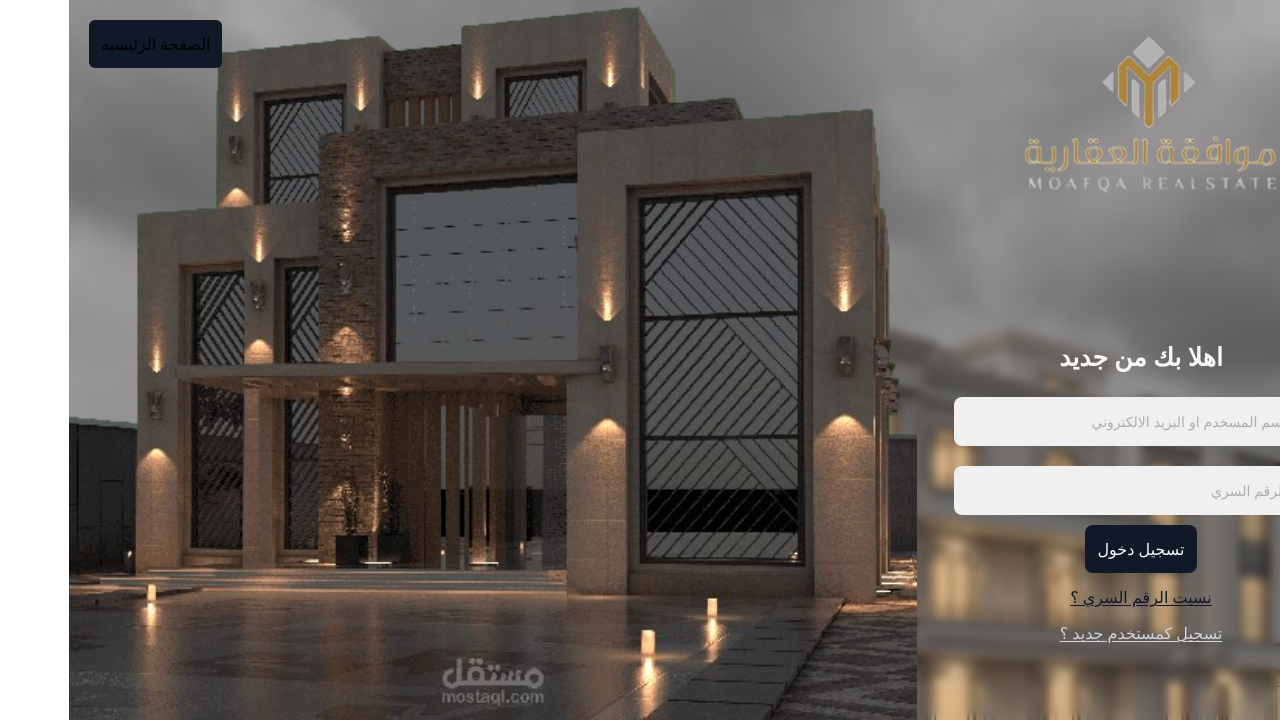
Repository: EslamKhial1997/immovables
Page: /auth
An editor plug-in stored every save of this project. The page is shown before and after a run of saves, followed by the edit.
The browser window is 1280 px wide. The pictures show the whole page.
Some web libraries are served in a nearby version. The project was rebuilt for these pictures with package versions that can differ from the ones it lists, and the page was loaded fresh each time. Also part of the build but not shown: vite.config.js, src/Components/layout/Navbar.jsx, src/Components/contents/OurProjects.jsx, src/Components/contents/OurAchievements.jsx, src/Components/layout/Footer.jsx, src/Components/contents/home/Slider.jsx, src/Components/contents/home/Blogs.jsx, src/App.jsx and 6 more.

Above is the page before, as saved 2024-07-27 00:31:24.

### index.html
<!doctype html>
<html lang="ar" dir="rtl">
  <head>
    <meta charset="UTF-8" />
    <link rel="icon" type="image/svg+xml" href="./src/assets/logo.png" />
    <meta name="viewport" content="width=device-width, initial-scale=1.0" />
    <link rel="stylesheet" href="https://cdnjs.cloudflare.com/ajax/libs/font-awesome/5.14.0/css/all.css" integrity="sha512-B46MVOJpI6RBsdcU307elYeStF2JKT87SsHZfRSkjVi4/iZ3912zXi45X5/CBr/GbCyLx6M1GQtTKYRd52Jxgw==" crossorigin="anonymous" referrerpolicy="no-referrer" />
    <!-- <script src="https://cdn.tailwindcss.com"></script> -->

    <title>الموافقة العقارية</title>
  </head>
  <body>
    <div id="root"></div>
    <script type="module" src="/src/main.jsx"></script>
  </body>
</html>

### src/main.jsx
import React from "react";
import ReactDOM from "react-dom/client";
import App from "./App.jsx";
import "./index.css";
import { Provider } from "react-redux";

import { createBrowserRouter, RouterProvider } from "react-router-dom";
import { ConfigStore } from "./Components/store/config.jsx";
import Blogs from "./Components/contents/home/Blogs.jsx";
import OurProjects from "./Components/contents/OurProjects.jsx";
import About from "./Components/contents/About/About.jsx";
import ConnectUs from "./Components/contents/ConnectUs/ConnectUs.jsx";
import Auth from "./Components/auth/Auth.jsx";
import Login from "./Components/auth/login/Login.jsx";
import Signup from "./Components/auth/Singup/Signup.jsx";
import Blog from "./Components/contents/Blogs/Blog.jsx";
import 'flowbite';
import Dashboard from "./Components/dashboard/Dashboard.jsx";
const Route = createBrowserRouter([
  {
    path: "/",
    element: <App />,
    children: [
      {
        index: true,
        element: <Blogs />,
      },
      {
        path: "/projects",
        element: <OurProjects />,
      },
      {
        path: "/blogs",
        element: <Blog />,
      },
      {
        path: "/about",
        element: <About />,
      },
      {
        path: "/connectUs",
        element: <ConnectUs />,
      },

      // {
      //   path: "/auth/login",
      //   element: <Login />,
      // },
    ],
  },
  {
    path: "/auth",
    element: <Auth />,
    children: [
      {
        index: true,
        element: <Login />,
      },
      // {
      //   path: "/auth/signup",
      //   element: <Signup />,
      // },
    ],
  },
  {
    path: "/dashboard",
    element: <Dashboard />,
    // children: [
    //   {
    //     index: true,
    //     element: <Login />,
    //   },
    //   // {
    //   //   path: "/auth/signup",
    //   //   element: <Signup />,
    //   // },
    // ],
  },
]);

const root = ReactDOM.createRoot(document.getElementById("root"));
root.render(
  <Provider store={ConfigStore}>
    {/* <Provider store={ConfigStore}> */} <RouterProvider router={Route} />
  </Provider>
);

### src/index.css
@tailwind base;
@tailwind components;
@tailwind utilities;
* {
  font-family: GE-Dinar-Medium, ui-sans-serif, system-ui, -apple-system,
    BlinkMacSystemFont, Segoe UI, Roboto, Helvetica Neue, Arial, Noto Sans,
    sans-serif, "Apple Color Emoji", "Segoe UI Emoji", Segoe UI Symbol,
    "Noto Color Emoji" !important;
}
.whatsapp-ico{
    fill: white;
    width: 50px;
    height: 50px;
    padding: 3px;
    background-color: #45d13d;
    border-radius: 50%;
    box-shadow: 2px 2px 6px rgba(0,0,0,0.4);
    /* box-shadow: 2px 2px 11px rgba(0,0,0,0.7); */
    /* position: fixed;
    bottom: 20px;
    right : 20px;
    z-index: 10; */
}

.whatsapp-ico:hover{
    box-shadow: 2px 2px 11px rgba(0,0,0,0.7);
}

.float-button {
    text-decoration: none;
    position: fixed;
    padding: 10px;
    padding-right: 15px;
    bottom: 30px;
    right: 30px;
    color: #fff;
    background-color:#25D366;
    border-radius: 25px 30px 5px 25px;
    z-index: 100;
    font-family: Arial;
    font-size: 17px;
    animation: whatsapp-animation 0.5s ease-in-out;
    box-shadow: 1px 2px 5px 2px rgba(30,30,30,0.3);
    transition:all 0.3s ease-out;
}

.float-button:hover {
     background-color: #128C7E;
      color: #fff;
}

.fa-whatsapp {
    font-size: 20px !important;
    padding-right: 5px;
    padding-left: 5px;
}

@keyframes whatsapp-animation {
    from {
        opacity: 0%;
    }

    to {
        opacity: 100%
    }
}

@media screen and (max-width: 545px) {
    span {
        display: none;
    }

    .float-button {
        bottom: 15px;
        right: 15px;
        width: 20px;
        border-radius: 20px 20px 5px 20px;
    }

    .fa-whatsapp {
        font-size: 22px !important;
        padding: 4px;
    }
}

### src/Components/store/config.jsx
import { configureStore } from "@reduxjs/toolkit";
import { StoreSlice } from "./store";
import { StoreSliceAuth } from "./authController";
import { StoreSliceUserLogged } from "./loggedUserController";
import { StoreSliceUser } from "./userController";

export const ConfigStore = configureStore({
  reducer: {
    // StoreSlice,
    // StoreSliceAuth,
    // StoreSliceUser,
    // StoreSliceUserLogged
  },
  middleware: (getDefaultMiddleware) =>
    getDefaultMiddleware({
      serializableCheck: false,
    }),
});

### src/Components/auth/Auth.jsx
import React from "react";
import { Outlet } from "react-router-dom";
import background from "../../assets/available/image3.jpg";
const Auth = () => {
  return (
    <div
      style={{
        backgroundImage: `url(${background})`,
        height: "100vh",
        backgroundRepeat: "no-repeat",
      }}
    >
       <button className="fixed z-40 top-5 left-5 bg-gray-900 rounded-md p-3">الصفحة الرئيسيه</button>
      <Outlet />
    </div>
  );
};

export default Auth;

### src/Components/auth/login/Login.jsx


import Profile from "../../../assets/auth/logo.png";
import auth from "../../../assets/auth/auth.png";
import Styles from "../Styles.module.css";


import LoginEmail from "./LoginEmail";

const Login = () => {
  return (
    <main className={`${Styles.main} grid md:grid-cols-3 grid-cols-1 gap-4`}>

      <div className="grid grid-cols-1 ">
        {" "}
        <section className={Styles.sectionimg}>
          <img src={Profile} alt="img" />
        </section>
        <section className={Styles.sectionlogin}>
          <div className={Styles.parent}>
            <span className={Styles.started}>اهلا بك من جديد</span>

            <LoginEmail />
          </div>
        </section>
      </div>
      <div className=" col-span-2 hidden md:grid">
        <img src={auth} alt="" className="h-screen w-screen" />
      </div>
    </main>
  );
};

export default Login;

### src/Components/contents/home/carousel.css
.carousel {
  position: relative;
  text-align: center;
  box-sizing: border-box;
}

.carousel * {
  box-sizing: border-box;
}

.carousel__track {
  display: flex;
  margin: 0;
  padding: 0;
  position: relative;
}

.carousel__viewport {
  overflow: hidden;
}

.carousel__sr-only {
  position: absolute;
  width: 1px;
  height: 1px;
  padding: 0;
  margin: -1px;
  overflow: hidden;
  clip: rect(0, 0, 0, 0);
  border: 0;
}

.carousel__icon {
  width: var(--vc-icn-width);
  height: var(--vc-icn-width);
  fill: currentColor;
}

.carousel__slide {
  scroll-snap-stop: auto;
  flex-shrink: 0;
  margin: 0;
  position: relative;
  display: flex;
  justify-content: center;
  align-items: center;
  transform: translateZ(0);
}

:root {
  --vc-clr-primary: #000;
  --vc-clr-secondary: #090f207f;
  --vc-clr-white: #ffffff;
  --vc-icn-width: 1.2em;
  --vc-nav-width: 30px;
  --vc-nav-height: 30px;
  --vc-nav-border-radius: 0;
  --vc-nav-color: var(--vc-clr-primary);
  --vc-nav-color-hover: var(--vc-clr-secondary);
  --vc-nav-background: transparent;
  --vc-pgn-width: 12px;
  --vc-pgn-height: 4px;
  --vc-pgn-margin: 4px;
  --vc-pgn-border-radius: 0;
  --vc-pgn-background-color: var(--vc-clr-secondary);
  --vc-pgn-active-color: var(--vc-clr-primary);
}

.carousel__prev,
.carousel__next {
  box-sizing: content-box;
  background: var(--vc-nav-background);
  border-radius: var(--vc-nav-border-radius);
  width: var(--vc-nav-width);
  height: var(--vc-nav-height);
  text-align: center;
  font-size: var(--vc-nav-height);
  padding: 0;
  color: var(--vc-nav-color);
  display: flex;
  justify-content: center;
  align-items: center;
  position: absolute;
  border: 0;
  cursor: pointer;
  margin: 0 10px;
  top: 50%;
  transform: translateY(-50%);
}

.carousel__prev:hover,
.carousel__next:hover {
  color: var(--vc-nav-color-hover);
}

.carousel__next--disabled,
.carousel__prev--disabled {
  cursor: not-allowed;
  opacity: 0.5;
}

.carousel__prev {
  left: 0;
}

.carousel__next {
  right: 0;
}

.carousel--rtl .carousel__prev {
  left: auto;
  right: 0;
}

.carousel--rtl .carousel__next {
  right: auto;
  left: 0;
}

.carousel__pagination {
  display: flex;
  justify-content: center;
  list-style: none;
  line-height: 0;
  margin: 10px 0 0;
}

.carousel__pagination-button {
  display: block;
  border: 0;
  margin: 0;
  cursor: pointer;
  padding: var(--vc-pgn-margin);
  background: transparent;
}

.carousel__pagination-button:after {
  display: block;
  content: "";
  width: var(--vc-pgn-width);
  height: var(--vc-pgn-height);
  border-radius: var(--vc-pgn-border-radius);
  background-color: var(--vc-pgn-background-color);
}

.carousel__pagination-button:hover:after,
.carousel__pagination-button--active:after {
  background-color: var(--vc-pgn-active-color);
}

### src/Components/auth/Styles.module.css
:root {
  --white: #ffffff;
  --login-color: #f8f8f8;
}
.main {


  height: 100%;

  background-color: transparent;
  backdrop-filter: blur(5px);
}
.started,
.forget-password,
.login,
.form::placeholder,
.login-btn button,
.Continue span {
  font-family: "Inter";
  font-style: normal;
}
.sectionlogin {
  width: 100%;
}
.parent {
  border-radius: 15px 15px 0px 0px;
}

.sectionimg img {
  width: 75%;
  height: 75%;
  margin: auto;
}
.btnparent {
  width: 326px;
  height: 40px;
  background: var(--login-color);
  border-radius: 25px;
  display: flex;
  align-items: center;
  justify-content: center;
  margin: 30px auto !important;
}
.login {
  width: 50%;
  height: 40px;
  text-align: center;
  display: flex;
  justify-content: center;
  align-items: center;
  border-radius: 23.5px;
  border: none;
  font-size: 14px;
  font-weight: 600;
  color: black;
}
.parentReg {
  width: 90%;
  height: 40px;
  background: var(--login-color);
  border-radius: 8px;
  display: flex;
  align-items: center;
  justify-content: space-around;
  margin: auto !important;
}
.parentReg a {
  background-color: #63ccfb;
  padding: 10px;
  text-decoration: none;
  border-radius: 10px;
  -webkit-border-radius: 10px;
  -moz-border-radius: 10px;
  -ms-border-radius: 10px;
  -o-border-radius: 10px;
  color: white;
}
.active {
  background: linear-gradient(95.26deg, #63ccfb -1.79%, #00a2f4 78.59%);
  color: white;
}
.started {
  width: 100%;
  height: 40px;
 color: #f8f8f8;
  font-size: 25px;
  line-height: 21px;
  margin: 10px auto !important;
  display: flex;
  align-items: center;
  text-align: center;
  justify-content: center;
  font-weight: bolder;
}
.form {
  width: 90%;
  height: 49px;
  margin: 10px auto !important;
  background: #f0f0f0;
  border-radius: 8px;
  border: none;
  padding-left: 10px;
}
.form::placeholder {
  padding: 30px;
  font-weight: 400;
  font-size: 14px;
  display: flex;
  align-items: center;

  color: #adadad;
}
.code {
  width: 70%;
  height: 49px;
  margin: 10px 0px !important;
  background: #f0f0f0;
  border-radius: 8px;
  border: none;
  padding-left: 10px;
}
.code::placeholder {
  padding: 30px;
  font-weight: 400;
  font-size: 14px;
  display: flex;
  align-items: center;

  color: #adadad;
}

.InputCode {
  display: flex;
  align-items: center;
  justify-content: center;
}
.submitcode {
  height: 49px;
  width: 20%;
  border-radius: 8px;
  background: linear-gradient(95.26deg, #63ccfb -1.79%, #00a2f4 78.59%);
  color: white;
  border: 0;
  font-size: 12.5px;
  -webkit-appearance: none;
}
.pusodo {
  text-align: center;
  position: relative;
}
.pusodo svg {
  position: absolute;
  right: 10%;
  top: 37.5%;
  cursor: pointer;
}

.loginbtn a {
  width: 308px;
  height: 47px;
  display: flex;
  align-items: center;
  justify-content: center;
  background: linear-gradient(96.38deg, #63ccfb -8.79%, #00a2f4 86.42%);
  border-radius: 23.5px;
  font-weight: 600;
  font-size: 14px;
  border: none;
  margin: auto;
  color: var(--white) !important;
  cursor: pointer;
}
.forgetpassword {
  display: block;
  margin: 10px auto !important;
  font-weight: 400;
  font-size: 13px;
  text-align: center;
  color: #0085ff;
  text-decoration: none;
}
.Continue,
footer {
  margin: auto !important;
  text-align: center;
}
.Continue span {
  display: block;
  padding: 15px;
  text-align: center;
  font-weight: 400;
  font-size: 13px;

  color: #494949;
}
.footerdiv {
  display: flex;
  justify-content: space-around;
  text-align: center;
  height: 100%;
}
.footerdiv div {
  border-radius: 5px;
  margin: 10px auto;
}
.footerdiv div img {
  width: 23px;
  height: 25px;
  cursor: pointer;
  text-align: center;
}
.Alert {
  width: 90%;
  margin: 0px auto 10px !important;
}

### src/Components/auth/login/LoginEmail.jsx
import React, { useState } from "react";
import Styles from "../Styles.module.css";
// import { IoEyeSharp } from "react-icons/io5";

import { useNavigate, NavLink } from "react-router-dom";

import facebook from "../../../assets/auth/facebook.svg";
import gmail from "../../../assets/auth/gmail.png";
import apple from "../../../assets/auth/apple.svg";

import Cookies from "cookies-js";
import { useDispatch, useSelector } from "react-redux";
import { login } from "../../store/authController";

const LoginEmail = () => {
  const [ShowPassword, setShowPassword] = useState(true);
  const dispatch = useDispatch();
  const navigate = useNavigate();
  // const {data} = useSelector((state)=>state.StoreSliceAuth);

  const [user, setUser] = useState({
    email: "",
    password: "",
  });
  const { email, password } = user;
  const handleChange = (e) => {
    const { name, value } = e.target;
    setUser({
      ...user,
      [name]: value,
    });
  };

  const Login = async (e) => {
    e.preventDefault();
    // await dispatch(login(user)).then(function (response) {
    //   const token =response.payload.data.token
    //   if (token) {

    //     Cookies.set('token', token);
    //     navigate("/")
    //   }
    //     // Cookies.set('userID', response.data._id);

    //   })
  };
  //   useEffect(() => {
  //     if (token === null || token === "undefined") {
  //      return
  //     }else{
  // navigate("/")
  //     }
  //   }, [token]);
  //   const TogglePassword = () => {
  //     setShowPassword(!ShowPassword);
  //   };
  return (
    <form onSubmit={Login} className={Styles.pusodo}>
      <input
        className={Styles.form}
        type="text"
        placeholder="اسم المسخدم او البريد الالكتروني"
        aria-label="default input example"
        name="email"
        value={email}
        onChange={handleChange}
      />
      <div className={Styles.pusodo}>
        <input
          className={Styles.form}
          type={ShowPassword ? "password" : "text"}
          placeholder="الرقم السري"
          aria-label="default input example"
          name="password"
          value={password}
          onChange={handleChange}
        />
        <a onClick={() => {}} />
      </div>

      <div className={` d-flex justify-content-center`}>
        <button
          type="submit"
          className="bg-gray-900 p-3 rounded-lg text-gray-50"
          onClick={()=>{navigate("/dashboard")}}
        >
          تسجيل دخول
        </button>
      </div>
      <NavLink to={"/auth"} className="text-gray-900 m-3 underline  underline-offset-2 block	"> نسيت الرقم السري ؟</NavLink>
      <NavLink to={"/auth/signup"} className="text-gray-300 m-3 underline  underline-offset-2	"> تسجيل كمستخدم جديد ؟</NavLink>
      {/* <footer>
        <div className="Continue text-center">
          <span>Or Continue with</span>
        </div>
        <div
          className={`${Styles.footerdiv} container  d-flex justify-content-between col-xxl-12`}
        >
          <div className="d-flex justify-content-center align-items-center">
            <img src={facebook} alt="" />
          </div>
          <div className="d-flex justify-content-center align-items-center">
            <img src={apple} alt="" />
          </div>

          <div className="d-flex justify-content-center align-items-center">
            <a
              href="http://localhost:3000/auth/google/callback"
              target="_blank"
            >
              {" "}
              <img src={gmail} alt="" />
            </a>
          </div>
        </div>
      </footer> */}
    </form>
  );
};

export default LoginEmail;

Loaded but not shown: src/App.css (common file); src/Components/store/authController.js (264 lines, source omitted); src/Components/store/loggedUserController.js (262 lines, source omitted); src/Components/store/userController.js (237 lines, source omitted); tailwind.config.js (14 lines, source omitted); src/Components/store/store.jsx (297 lines, source omitted)

After the next 4 saves:
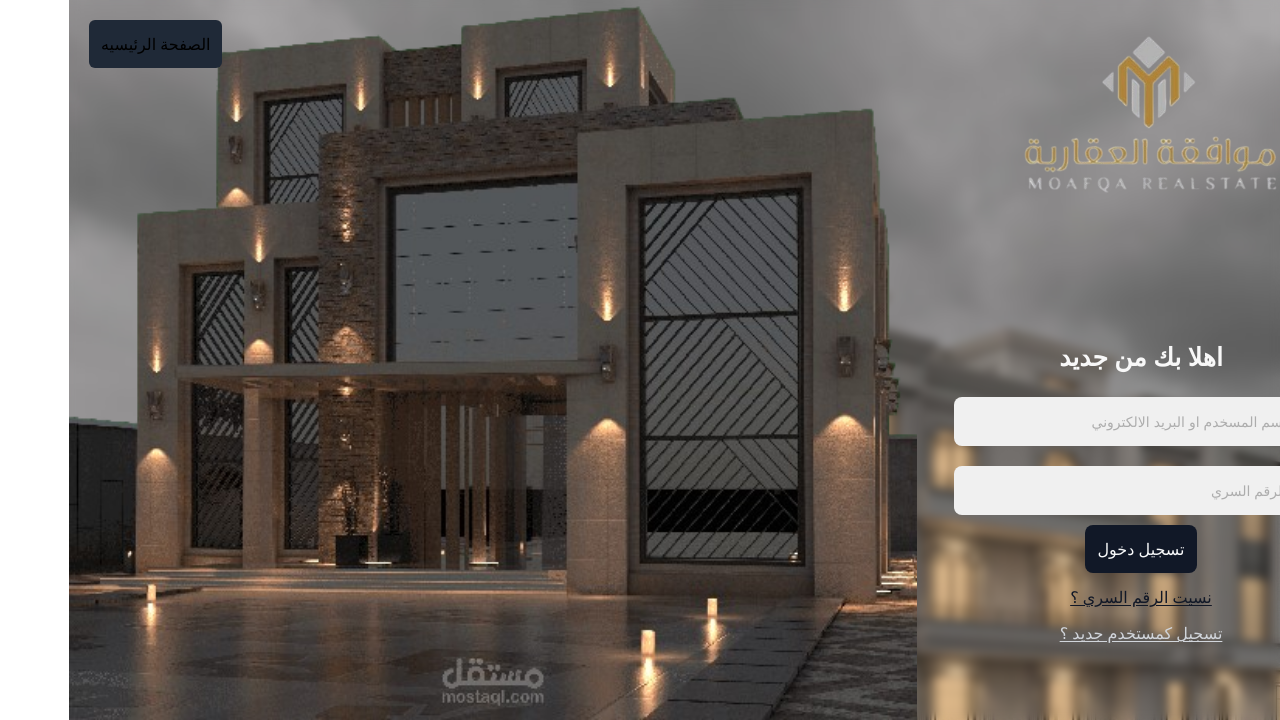
The 4 saves are shown as one change because they came seconds apart.
The last was saved 12 s later.
--- a/src/Components/auth/Auth.jsx
+++ b/src/Components/auth/Auth.jsx
@@ -10,7 +10,7 @@ const Auth = () => {
         backgroundRepeat: "no-repeat",
       }}
     >
-       <button className="fixed z-40 top-5 left-5 bg-gray-900 rounded-md p-3">الصفحة الرئيسيه</button>
+       <button className="fixed z-40 top-5 left-5 bg-gray-800 text- rounded-md p-3">الصفحة الرئيسيه</button>
       <Outlet />
     </div>
   );
